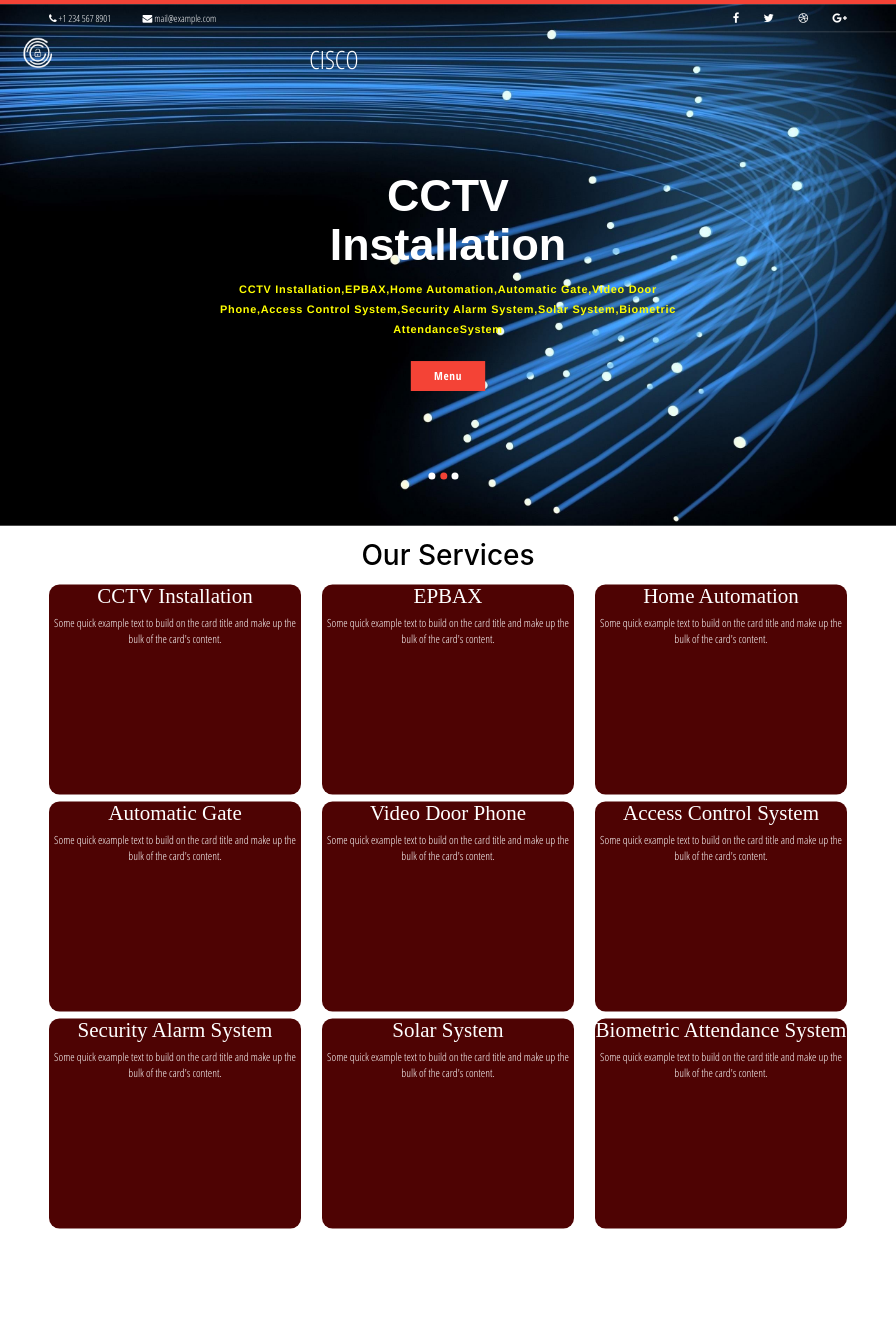
Repository: Nuhman123/Cisco
Page: index.html
The author's editor kept a copy of each file at every save. The page is drawn from the files as they stood at one save, then again after a run of saves.
The browser window is 1280 px wide. The pictures show the part of the page from y = 0 to 1920 px (the page is 3192 px tall before and 3225 px after), at 70% of full size.

Above is the page before, as saved 2021-04-08 19:38:29.

After the next 2 saves:
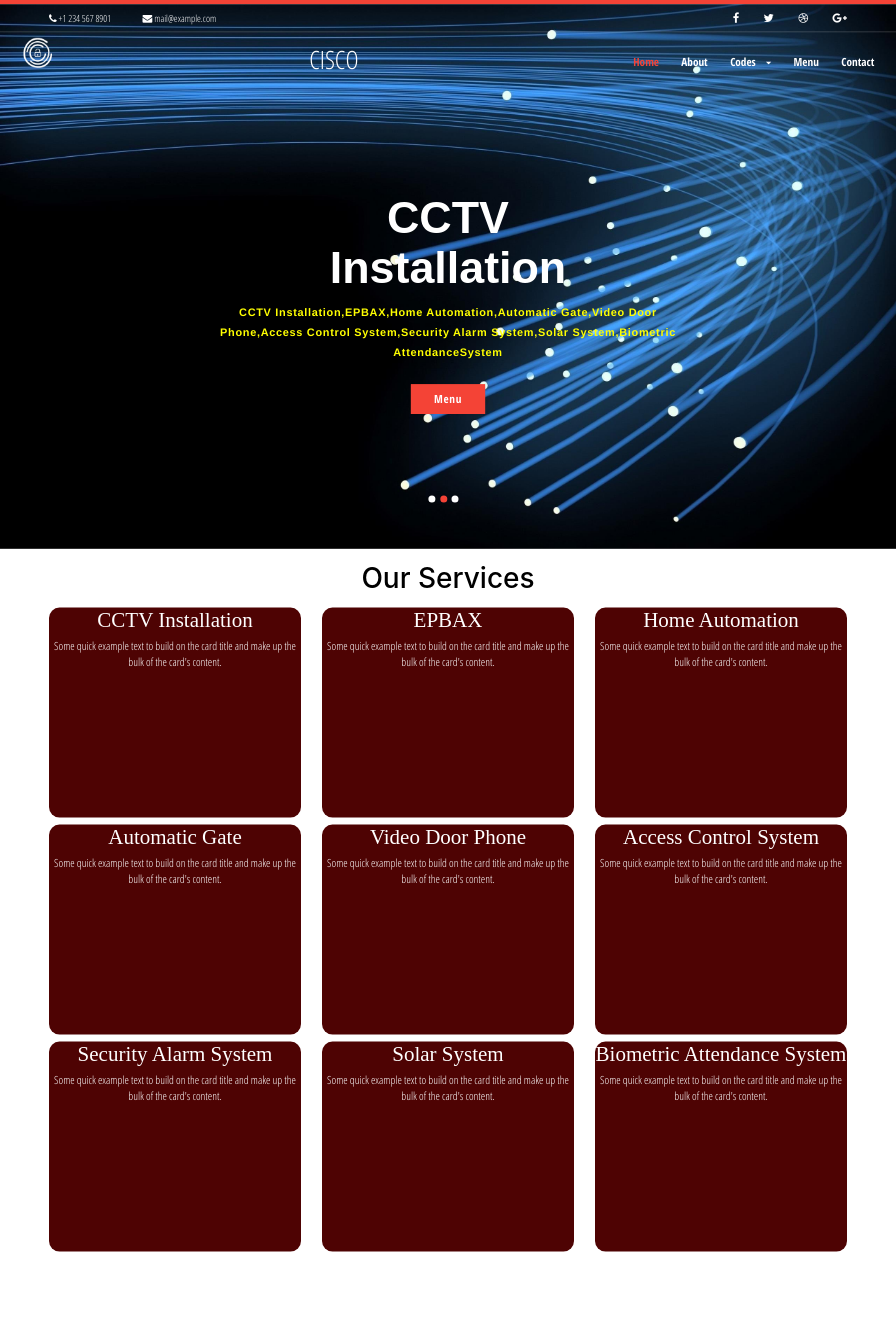
The 2 saves are shown as one change because they came seconds apart.
The last was saved 10 s later.
--- a/index.html
+++ b/index.html
@@ -93,6 +93,28 @@
 			<div class="col-xs-4">
 				<h1>CISCO</h1>
 			</div>
+			<div class="top-nav">
+				<nav class="navbar navbar-default">
+						<button type="button" class="navbar-toggle collapsed" data-toggle="collapse" data-target="#bs-example-navbar-collapse-1">Menu
+						</button>
+					<!-- Collect the nav links, forms, and other content for toggling -->
+					<div class="collapse navbar-collapse" id="bs-example-navbar-collapse-1">
+						<ul class="nav navbar-nav">
+							<li><a class="active" href="index.html">Home</a></li>
+							<li><a href="about.html">About</a></li>
+							<li><a href="#" class="dropdown-toggle hvr-bounce-to-bottom" data-toggle="dropdown" role="button" aria-haspopup="true" aria-expanded="false">Codes<span class="caret"></span></a>
+								<ul class="dropdown-menu">
+									<li><a class="hvr-bounce-to-bottom" href="icons.html">Icons</a></li>
+									<li><a class="hvr-bounce-to-bottom" href="typography.html">Typography</a></li>
+								</ul>
+							</li>
+							<li><a href="menu.html">Menu</a></li>
+							<li><a href="contact.html">Contact</a></li>
+						</ul>
+						<div class="clearfix"> </div>
+					</div>
+				</nav>
+			</div>
 		</header>
 		<div class="header">
 			<div class="container">
